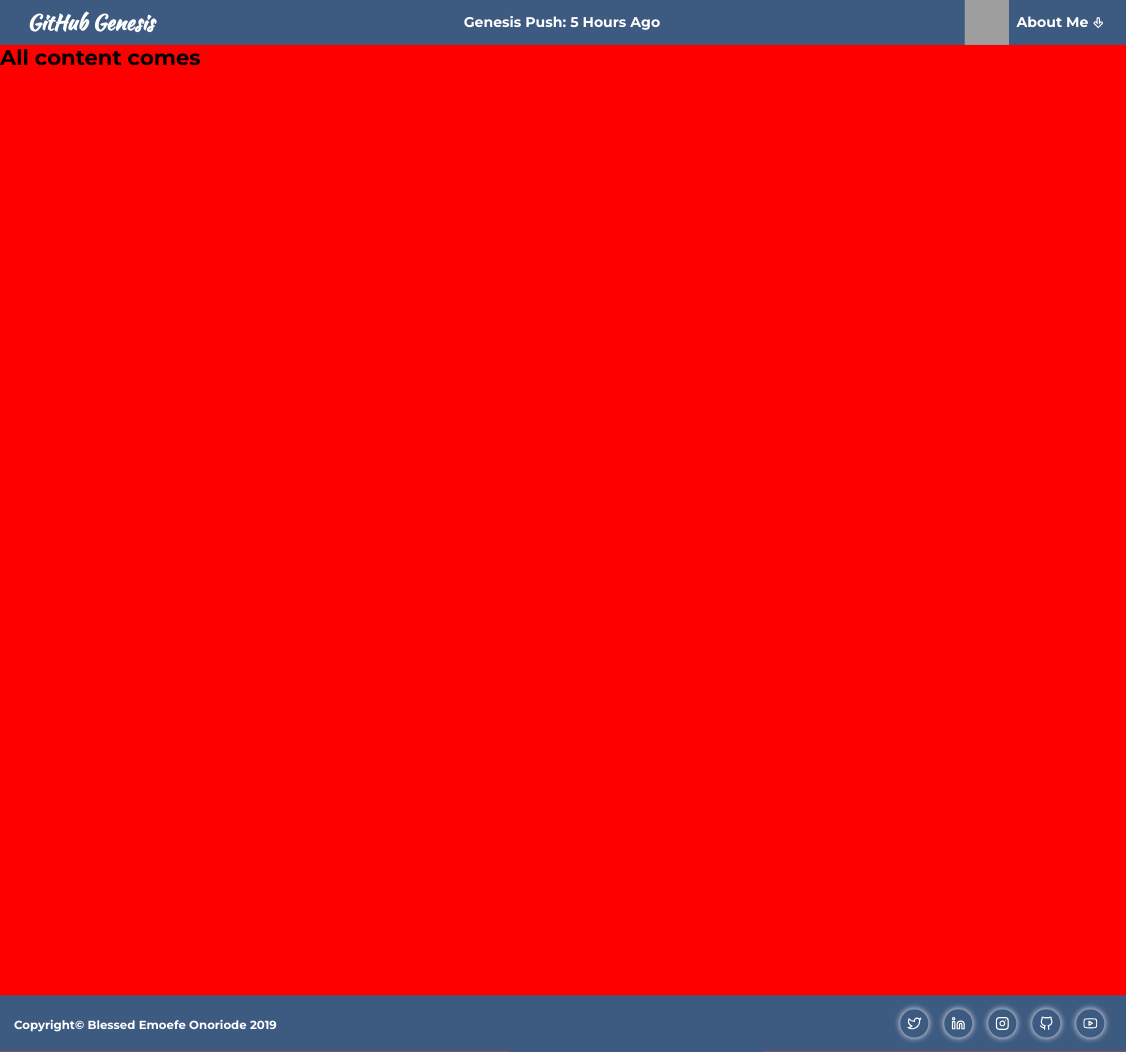
Repository: BlessedEmoefe/github-genesis
Page: /
An editor plug-in stored every save of this project. The page is shown before and after the next save, followed by the edit.
The browser window is 1280 px wide. The pictures show the whole page, at 88% of full size.
Pictures or frames that could not be fetched are drawn as grey boxes. The project was rebuilt for these pictures with package versions that can differ from the ones it lists, and the page was loaded fresh each time.

Above is the page before, as saved 2021-04-04 22:29:54.

After the next save:
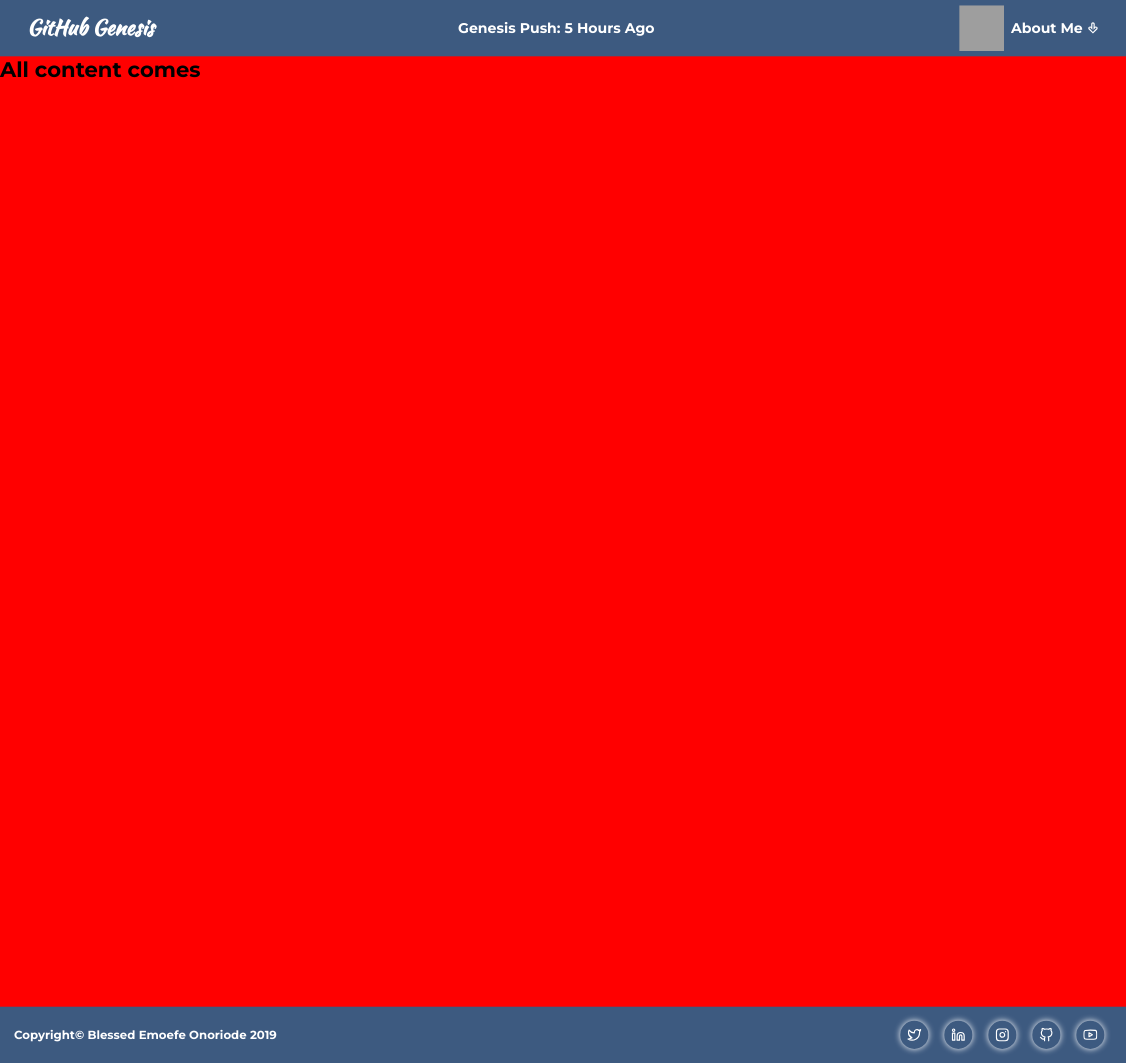
Saved 4 s later.
--- a/src/component/profile/styles.js
+++ b/src/component/profile/styles.js
@@ -4,7 +4,7 @@ import { color } from "../../config/colors";
 export const ProfileStyles = styled.div`
   height: 100%;
   width: max-content;
-  padding:
+  padding:0.4rem;
   cursor: pointer;
   .aboutContainer {
      z-index: 3;
